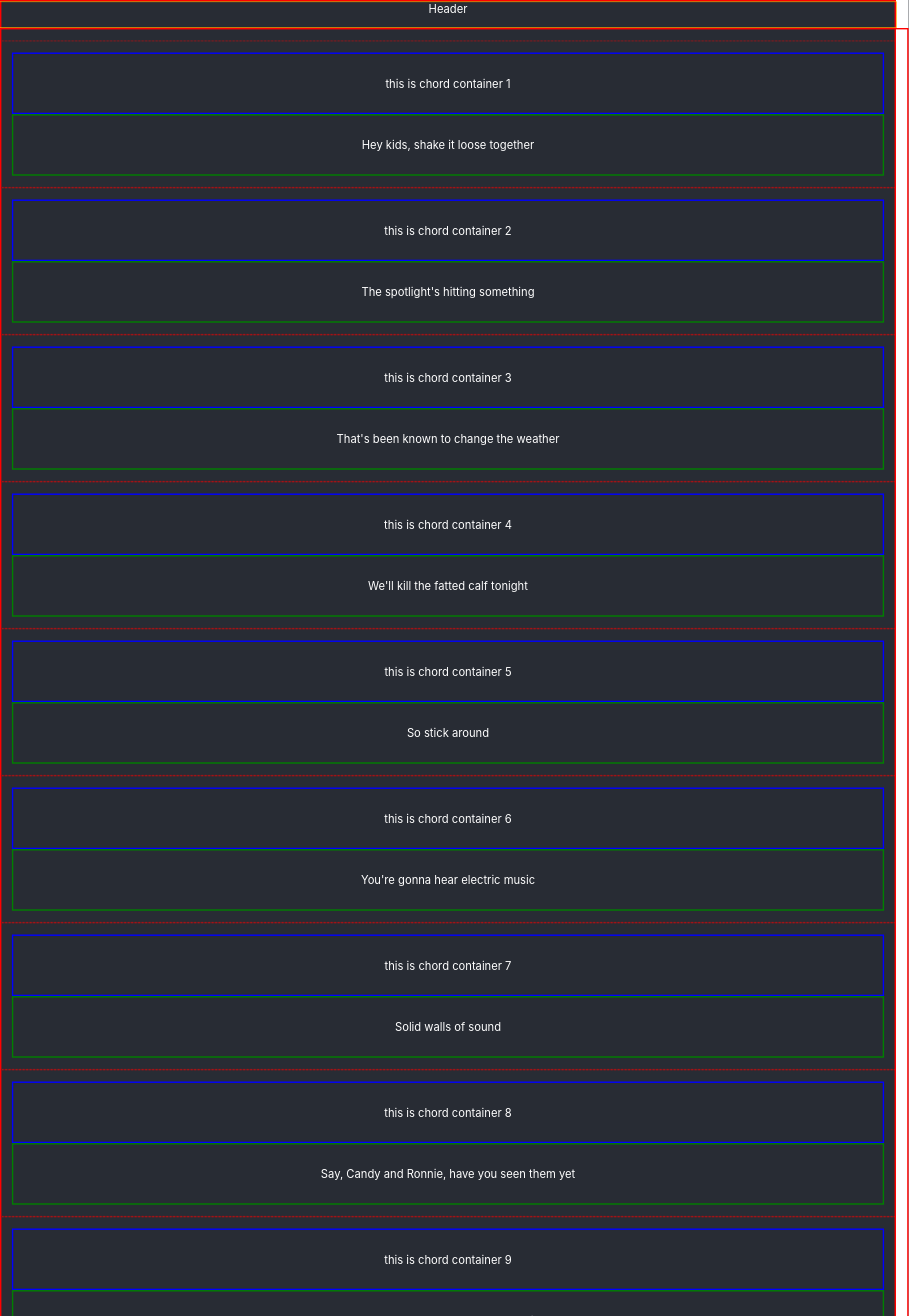
Repository: mattnoth/easy-nash-tab
Page: /
These files come from the project's save history. The page is drawn as it stood at one moment and after the next save; the edit follows.
The browser window is 1280 px wide. The page is 1298 px wide, so the pictures cover 1298 px, including what lies to the right of the window. The pictures show the part of the page from y = 0 to 1880 px (the page is 9318 px tall before and 9354 px after), at 70% of full size.
The project was rebuilt for these pictures with package versions that can differ from the ones it lists, and the page was loaded fresh each time.

Above is the page before, as saved 2022-08-07 14:32:57.

After the next save:
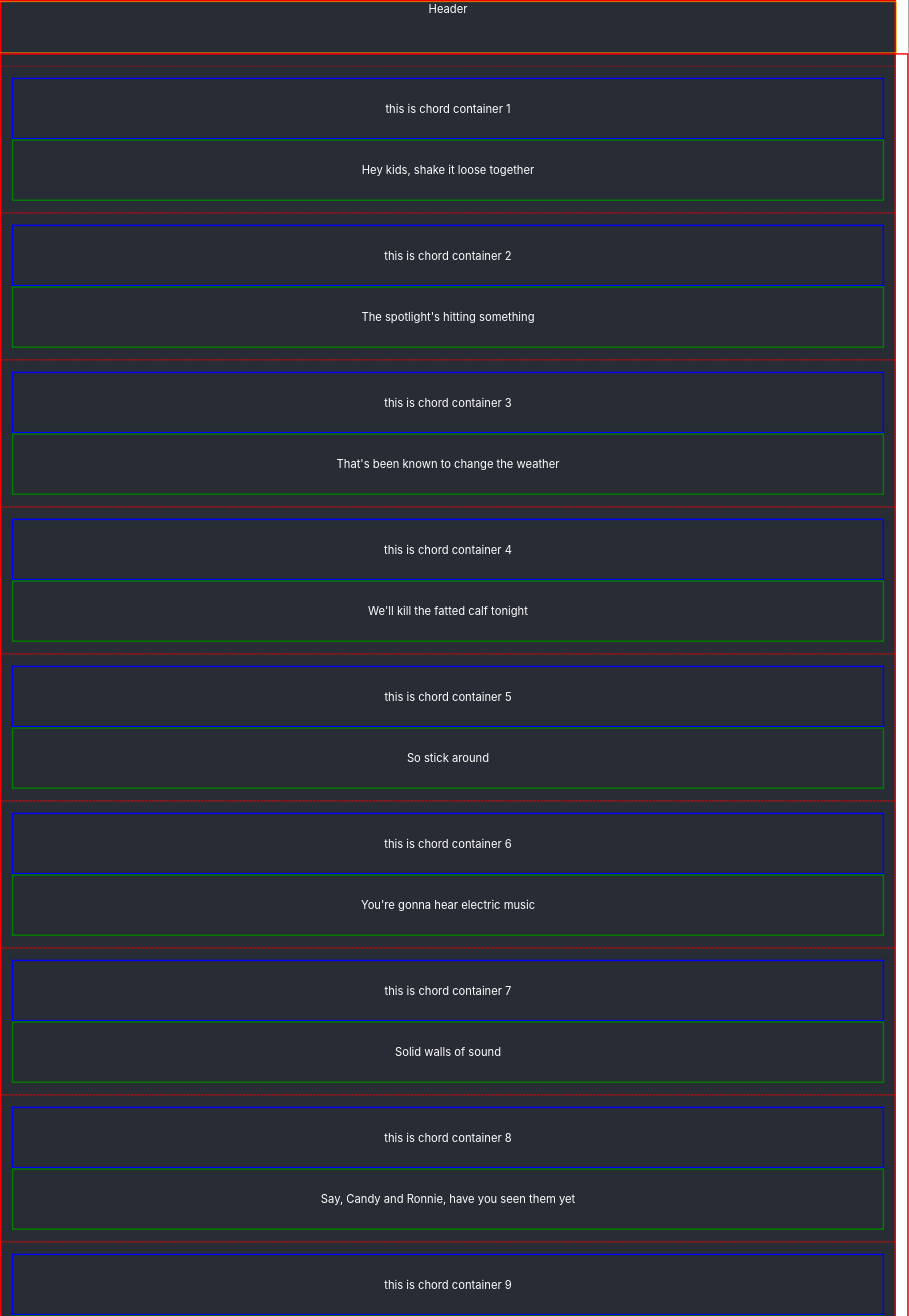
Saved 5 s later.
--- a/src/App.css
+++ b/src/App.css
@@ -14,7 +14,7 @@
 .App-header {
   border: 1px solid orange;
   min-width: 100vw;
-  min-height: 5vh;
+  min-height: 10vh;
 }
 
 .App-logo {
